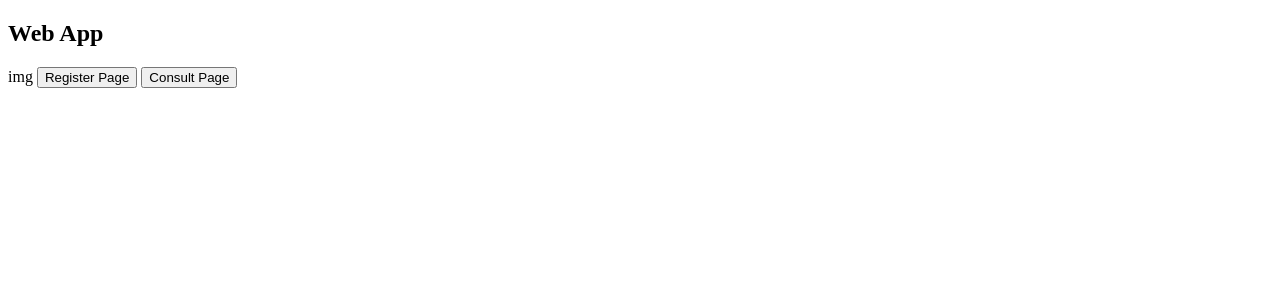
Repository: Claudiaccrv/repo-aws-290
Page: home.html
An editor plug-in stored every save of this project. The page is shown before and after the next save, followed by the edit.
The browser window is 1280 px wide. The pictures show the whole page.

Above is the page before, as saved 2024-10-01 02:11:36.

### home.html
<!DOCTYPE html>
<html lang="en">
<head>
    <meta charset="UTF-8">
    <meta name="viewport" content="width=device-width, initial-scale=1.0">
    <title>Document</title>
</head>
<body>
    <h2> Web App </h2>
    img <source>
    <button> Register Page </button>
    <button> Consult Page </button>
</body>
</html>

After the next save:
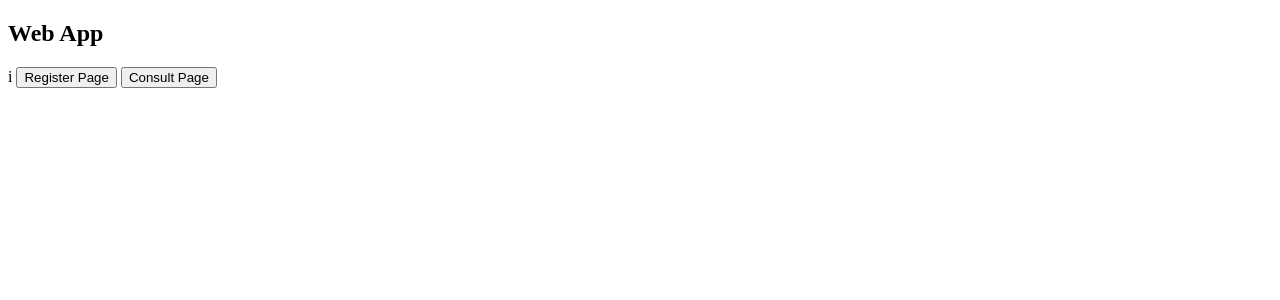
Saved 67 s later.
--- a/home.html
+++ b/home.html
@@ -7,7 +7,7 @@
 </head>
 <body>
     <h2> Web App </h2>
-    img <source>
+    i
     <button> Register Page </button>
     <button> Consult Page </button>
 </body>
